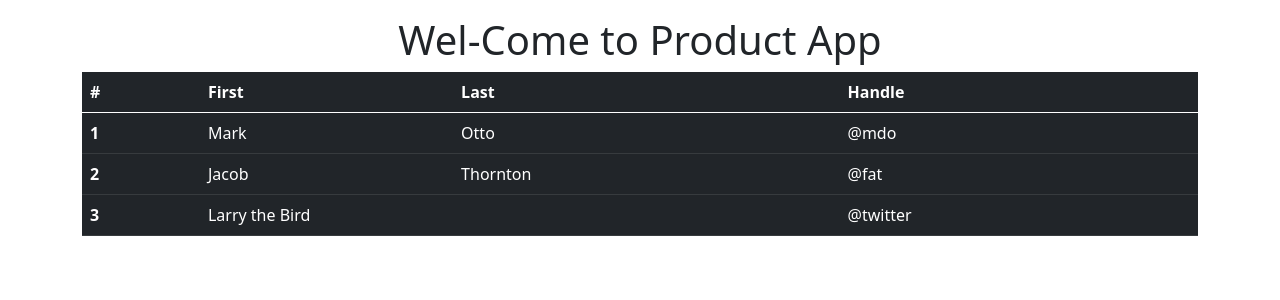
Repository: Hits-95/Spring
Page: http://localhost/Product/WEB-INF/views/index.jsp
These files come from the project's save history. The page is drawn as it stood at one moment and after the next save; the edit follows.
The browser window is 1280 px wide. The pictures show the whole page.
The page is served by Tomcat 9. Nobody is signed in. Other server files are loaded and not shown. The template is opened directly, without the code that normally fills it, so the values that code supplies are empty.

Above is the page before, as saved 2021-04-14 04:09:56.

### Product/src/main/webapp/WEB-INF/views/index.jsp
<%@ page language="java" contentType="text/html; charset=ISO-8859-1"
	pageEncoding="ISO-8859-1"%>
<%@include file="links.jsp"%>
<%@ taglib prefix="c" uri="http://java.sun.com/jsp/jstl/core"%>
<!DOCTYPE html PUBLIC "-//W3C//DTD HTML 4.01 Transitional//EN" "http://www.w3.org/TR/html4/loose.dtd">
<html>
<head>
<meta http-equiv="Content-Type" content="text/html; charset=ISO-8859-1">

</head>
<body>
	<div class="container mt-3">
		<div class="row">
			<div class="col-md-12">
				<h1 class="text-center">Wel-Come to Product App</h1>
				<table class="table table-dark">
					<thead>
						<tr>
							<th scope="col">#</th>
							<th scope="col">First</th>
							<th scope="col">Last</th>
							<th scope="col">Handle</th>
						</tr>
					</thead>
					<tbody>
						<tr>
							<th scope="row">1</th>
							<td>Mark</td>
							<td>Otto</td>
							<td>@mdo</td>
						</tr>
						<tr>
							<th scope="row">2</th>
							<td>Jacob</td>
							<td>Thornton</td>
							<td>@fat</td>
						</tr>
						<tr>
							<th scope="row">3</th>
							<td colspan="2">Larry the Bird</td>
							<td>@twitter</td>
						</tr>
					</tbody>
				</table>
			</div>
		</div>
	</div>
</body>
</html>

### Product/src/main/webapp/WEB-INF/views/links.jsp
<%@page isELIgnored="false"%>
<%@ taglib prefix="c" uri="http://java.sun.com/jsp/jstl/core"%>

<!doctype html>
<html lang="en">
<head>
<!-- Required meta tags -->
<meta charset="utf-8">
<meta name="viewport" content="width=device-width, initial-scale=1">

<!-- Bootstrap CSS -->
<link
	href="https://cdn.jsdelivr.net/npm/bootstrap@5.0.0-beta3/dist/css/bootstrap.min.css"
	rel="stylesheet"
	integrity="sha384-eOJMYsd53ii+scO/bJGFsiCZc+5NDVN2yr8+0RDqr0Ql0h+rP48ckxlpbzKgwra6"
	crossorigin="anonymous">

<title><c:out value="${title }">Product-App</c:out></title>
</head>
<body>


	<!-- Optional JavaScript; choose one of the two! -->

	<!-- Option 1: Bootstrap Bundle with Popper -->
	<script
		src="https://cdn.jsdelivr.net/npm/bootstrap@5.0.0-beta3/dist/js/bootstrap.bundle.min.js"
		integrity="sha384-JEW9xMcG8R+pH31jmWH6WWP0WintQrMb4s7ZOdauHnUtxwoG2vI5DkLtS3qm9Ekf"
		crossorigin="anonymous"></script>

	<!-- Option 2: Separate Popper and Bootstrap JS -->
	<!--
    <script src="https://cdn.jsdelivr.net/npm/@popperjs/core@2.9.1/dist/umd/popper.min.js" integrity="sha384-SR1sx49pcuLnqZUnnPwx6FCym0wLsk5JZuNx2bPPENzswTNFaQU1RDvt3wT4gWFG" crossorigin="anonymous"></script>
    <script src="https://cdn.jsdelivr.net/npm/bootstrap@5.0.0-beta3/dist/js/bootstrap.min.js" integrity="sha384-j0CNLUeiqtyaRmlzUHCPZ+Gy5fQu0dQ6eZ/xAww941Ai1SxSY+0EQqNXNE6DZiVc" crossorigin="anonymous"></script>
    -->
</body>
</html>

After the next save:
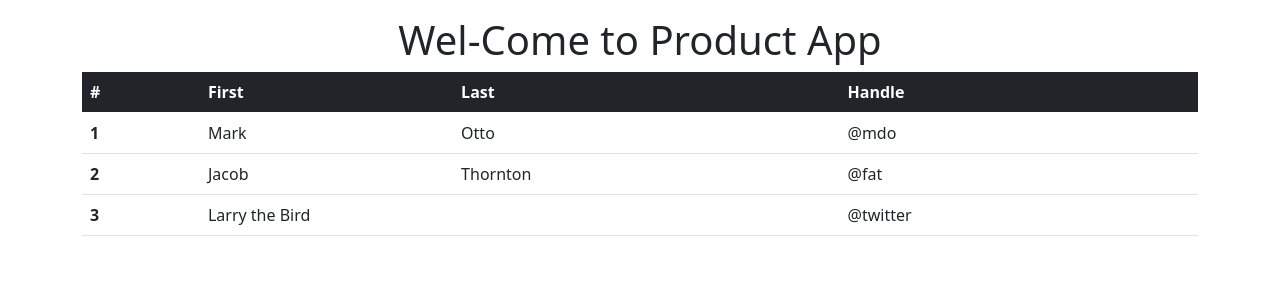
Saved 56 s later.
--- a/Product/src/main/webapp/WEB-INF/views/index.jsp
+++ b/Product/src/main/webapp/WEB-INF/views/index.jsp
@@ -13,9 +13,9 @@
 		<div class="row">
 			<div class="col-md-12">
 				<h1 class="text-center">Wel-Come to Product App</h1>
-				<table class="table table-dark">
+				<table class="table ">
 					<thead>
-						<tr>
+						<tr class="table-dark">
 							<th scope="col">#</th>
 							<th scope="col">First</th>
 							<th scope="col">Last</th>
